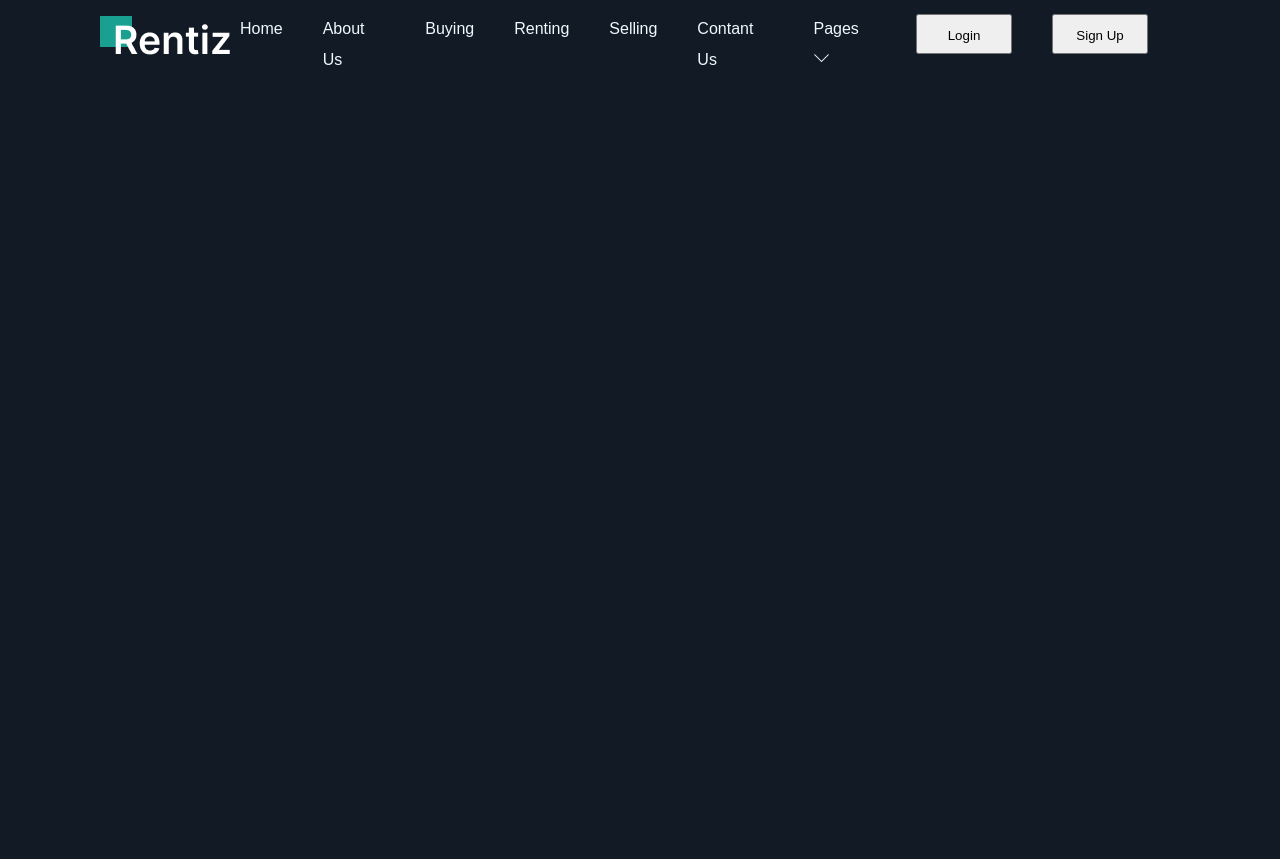
Repository: tung1233hhhhhhhhhhhhh/WebClone-Home
Page: index.html
These files come from the project's save history. The page is drawn as it stood at one moment and after the next save; the edit follows.
The browser window is 1280 px wide. The pictures show the whole page.

Above is the page before, as saved 2023-05-23 14:52:06.

### index.html
<!DOCTYPE html>
<html lang="en">

<head>
    <meta charset="UTF-8">
    <meta http-equiv="X-UA-Compatible" content="IE=edge">
    <meta name="viewport" content="width=device-width, initial-scale=1.0">
    <title>Document</title>
    <link rel="stylesheet" href="./assets/css/main.css">
    <link rel="stylesheet" href="./assets/css/root.css">
    <link rel="stylesheet" href="./assets/fonts/themify-icons/themify-icons.css">
</head>

<body>
    <div id="hearder">
        <div class="nav">
            <div class="nav-brand">
                <img src="./assets/img/logo.png" alt="">
            </div>
            <ul class="nav-list">
                <li><a href="">Home</a></li>
                <li><a href="">About Us</a></li>
                <li><a href="">Buying</a></li>
                <li><a href="">Renting</a> </li>
                <li><a href="">Selling</a> </li>
                <li><a href="">Contant Us</a> </li>
                <li><a href="">Pages
                        <i class="ti-angle-down"></i>
                    </a> </li>
                <li><button class="nav-btn-login">Login</button></li>
                <li><button class="nav-btn-signup">Sign Up</button></li>
            </ul>
        </div>
    </div>
    <div id="billboard">
        <div class="container">
            <div class="main">
                <div class="billboard-text"></div>
                <div class="billboard-img">
                </div>
            </div>
        </div>
    </div>
</body>

</html>

### assets/css/main.css
* {
    margin: 0;
    padding: 0;
    box-sizing: border-box;
}

body {
    font-family: 'Work Sans', sans-serif;
    font-weight: 400;
    font-size: 19px;
    line-height: 1.6em;
    color: var(--body-text-color);
    background-color: var(--dark-color);
}


#hearder {
    width: 100%;
    height: 73px;
    padding: 8px 0;
}

#hearder .nav {
    max-width: 1536px;
    height: 73px;
    margin: 0 100px;
    display: flex;
    justify-content: space-between;
    align-items: center;
    z-index: 10;
}

#hearder .nav-brand {
    display: inline;
}

#hearder .nav-list {
    display: flex;
    flex-direction: row;
    width: 965px;
    justify-content: space-between;
}

#hearder .nav-list li {
    display: flex;
    flex-direction: row;
    list-style: none;
    padding: 8px;
    margin-right: 24px;
}

#hearder li a {
    text-decoration: none;
    font-size: 16px;
    color: aliceblue;
}

#hearder .nav-list button {
    width: 96px;
    height: 40px;
    padding: 12px 6px;
}

/* billboard */

#billboard {
    width: 100%;
    height: 586px;
    margin-top: 120px;
    margin-bottom: 80px;
}

#billboard .container {
    height: 100%;
    margin: 0 100px;
}

### assets/css/root.css
:root {
    --accent-color: #1AA090;
    --dark-color: #121B25;
    --grey-color: #83898F;
    --body-text-color: #FFFFFF;
    --light-text-color: #D6D6D6;
    --link-color: #092035;
}

Loaded but not shown: assets/fonts/themify-icons/themify-icons.css (common file)

After the next save:
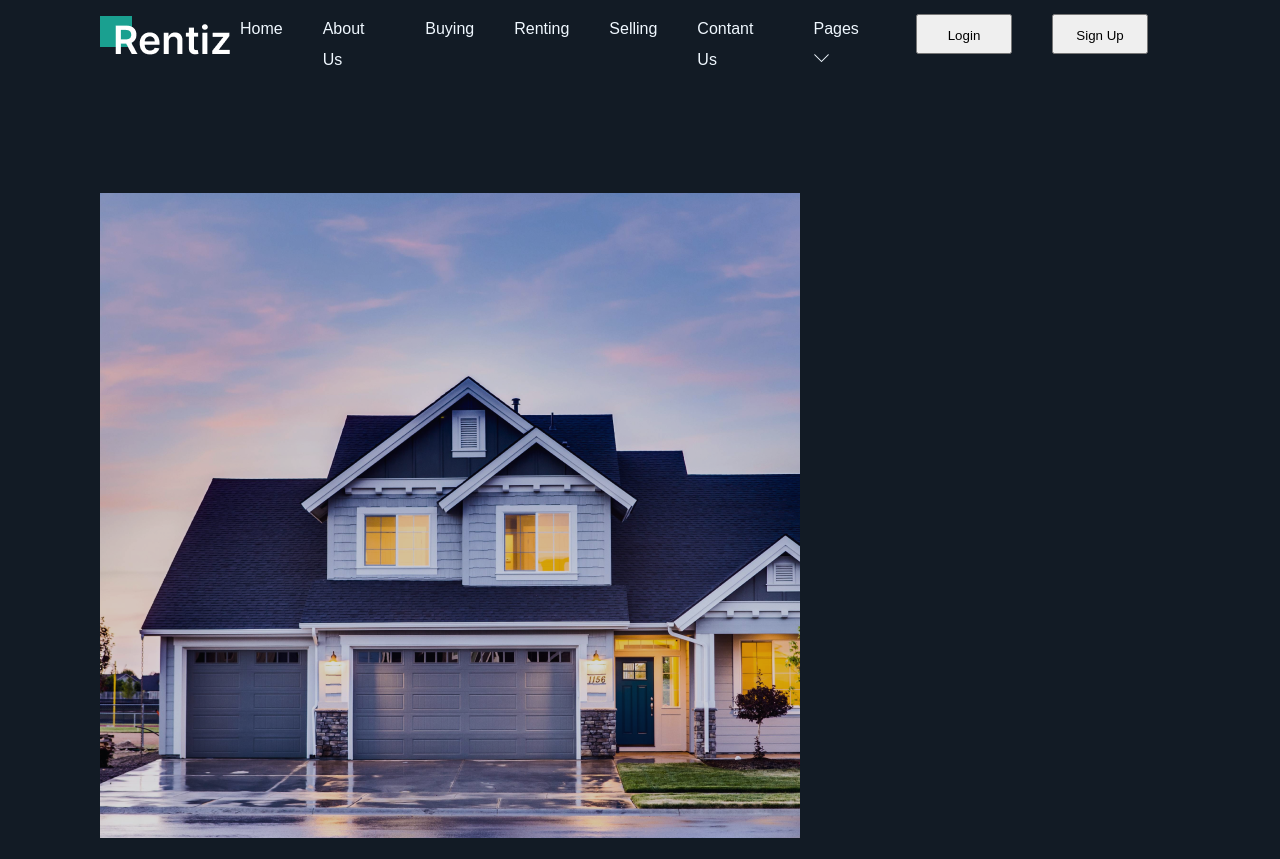
Saved 25 s later.
--- a/index.html
+++ b/index.html
@@ -37,6 +37,7 @@
             <div class="main">
                 <div class="billboard-text"></div>
                 <div class="billboard-img">
+                    <img src="./assets/img/pexels-binyamin-mellish-106399 2.png" alt="">
                 </div>
             </div>
         </div>
